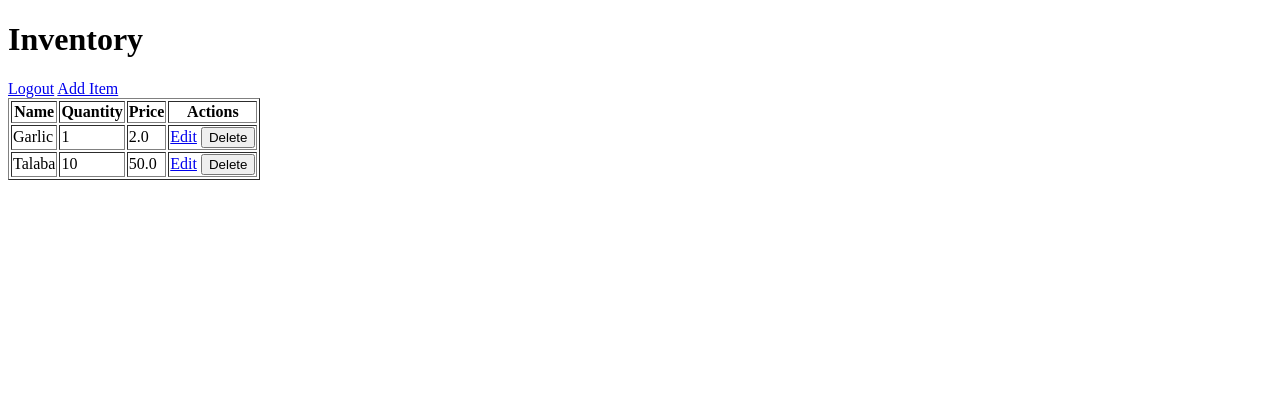
Repository: Stoldark/PLMUN
Page: http://localhost/
An editor plug-in stored every save of this project. The page is shown before and after the next save, followed by the edit.
The browser window is 1280 px wide. The pictures show the whole page.
The page is served by the project's application, run on Flask 3 (tempCodeRunnerFile.py). The user the application loads for id 1 is signed in. The page reads the database file committed with the project.

Above is the page before, as saved 2024-09-22 17:11:46.

### templates/index.html
<!DOCTYPE html>
<html lang="en">
<head>
    <meta charset="UTF-8">
    <meta name="viewport" content="width=device-width, initial-scale=1.0">
    <title>Inventory</title>
</head>
<body>
    <h1>Inventory</h1>
    <a href="{{ url_for('logout') }}">Logout</a>
    <a href="{{ url_for('add_item') }}">Add Item</a>

    <table border="1">
        <thead>
            <tr>
                <th>Name</th>
                <th>Quantity</th>
                <th>Price</th>
                <th>Actions</th>
            </tr>
        </thead>
        <tbody>
            {% for item in items %}
            <tr>
                <td>{{ item['name'] }}</td>
                <td>{{ item['quantity'] }}</td>
                <td>{{ item['price'] }}</td>
                <td>
                    <a href="{{ url_for('edit_item', id=item['id']) }}">Edit</a>
                    <form action="{{ url_for('delete_item', id=item['id']) }}" method="post" style="display:inline;">
                        <button type="submit">Delete</button>
                    </form>
                </td>
            </tr>
            {% endfor %}
        </tbody>
    </table>
</body>
</html>

### tempCodeRunnerFile.py
from flask import Flask, render_template, request, redirect, session, url_for, flash, jsonify
from flask_wtf import FlaskForm
from wtforms import StringField, PasswordField, SubmitField
from wtforms.validators import DataRequired, Length
from flask_bcrypt import Bcrypt
from flask_login import LoginManager, UserMixin, login_user, logout_user, login_required, current_user
import sqlite3
import os

# Initialize Flask app
app = Flask(__name__)

# Set the secret key for session management
app.config['SECRET_KEY'] = 'your_secret_key'  # Change this to a secure key

# Initialize extensions
bcrypt = Bcrypt(app)
login_manager = LoginManager(app)
login_manager.login_view = 'login'

# Database connection function
def get_db_connection():
    conn = sqlite3.connect('inventory.db')
    conn.row_factory = sqlite3.Row
    return conn

# User model for Flask-Login
class User(UserMixin):
    def __init__(self, id, username, role):
        self.id = id
        self.username = username
        self.role = role

# User loader for Flask-Login
@login_manager.user_loader
def load_user(user_id):
    conn = get_db_connection()
    user = conn.execute('SELECT * FROM users WHERE id = ?', (user_id,)).fetchone()
    conn.close()
    if user:
        return User(user['id'], user['username'], user['role'])
    return None

# Registration form
class RegistrationForm(FlaskForm):
    username = StringField('Username', validators=[DataRequired(), Length(min=4, max=25)])
    password = PasswordField('Password', validators=[DataRequired(), Length(min=6, max=35)])
    role = StringField('Role', validators=[DataRequired()])
    submit = SubmitField('Register')

# Login form
class LoginForm(FlaskForm):
    username = StringField('Username', validators=[DataRequired()])
    password = PasswordField('Password', validators=[DataRequired()])
    submit = SubmitField('Login')

# Route to show inventory items
@app.route('/')
@login_required
def index():
    conn = get_db_connection()
    items = conn.execute('SELECT * FROM items').fetchall()
    conn.close()
    return render_template('index.html', items=items)

# Route to add an item
@app.route('/add', methods=('GET', 'POST'))
@login_required
def add_item():
    if request.method == 'POST':
        name = request.form['name']
        quantity = request.form['quantity']
        price = request.form['price']

        conn = get_db_connection()
        conn.execute('INSERT INTO items (name, quantity, price) VALUES (?, ?, ?)',
                     (name, quantity, price))
        conn.commit()
        conn.close()

        return redirect('/')
    return render_template('add.html')

# Route to edit an item
@app.route('/edit/<int:id>', methods=('GET', 'POST'))
@login_required
def edit_item(id):
    conn = get_db_connection()
    item = conn.execute('SELECT * FROM items WHERE id = ?', (id,)).fetchone()

    if request.method == 'POST':
        name = request.form['name']
        quantity = request.form['quantity']
        price = request.form['price']
        conn.execute('UPDATE items SET name = ?, quantity = ?, price = ? WHERE id = ?',
                     (name, quantity, price, id))
        conn.commit()
        conn.close()
        return redirect('/')

    conn.close()
    return render_template('edit.html', item=item)

# Route to delete an item
@app.route('/delete/<int:id>', methods=['POST'])
@login_required
def delete_item(id):
    conn = get_db_connection()
    conn.execute('DELETE FROM items WHERE id = ?', (id,))
    conn.commit()
    conn.close()
    return redirect('/')

# Registration route
@app.route('/register', methods=['GET', 'POST'])
def register():
    form = RegistrationForm()
    if form.validate_on_submit():
        username = form.username.data
        password = bcrypt.generate_password_hash(form.password.data).decode('utf-8')
        role = form.role.data

        conn = get_db_connection()
        conn.execute('INSERT INTO users (username, password, role) VALUES (?, ?, ?)',
                     (username, password, role))
        conn.commit()
        conn.close()

        flash('Registration successful! You can now log in.')
        return redirect(url_for('login'))
    return render_template('register.html', form=form)

# Login route
@app.route('/login', methods=['GET', 'POST'])
def login():
    form = LoginForm()
    if form.validate_on_submit():
        username = form.username.data
        password = form.password.data

        conn = get_db_connection()
        user = conn.execute('SELECT * FROM users WHERE username = ?', (username,)).fetchone()
        conn.close()

        if user and bcrypt.check_password_hash(user['password'], password):
            login_user(User(user['id'], user['username'], user['role']))
            return redirect('/')
        else:
            flash('Login Unsuccessful. Please check your username and password', 'danger')

    return render_template('login.html', form=form)

# Logout route
@app.route('/logout')
@login_required
def logout():
    logout_user()
    return redirect(url_for('index'))

# API Endpoint to get inventory items
@app.route('/api/items', methods=['GET'])
@login_required
def api_get_items():
    conn = get_db_connection()
    items = conn.execute('SELECT * FROM items').fetchall()
    conn.close()
    return jsonify([dict(item) for item in items])

# API Endpoint to add an item
@app.route('/api/items', methods=['POST'])
@login_required
def api_add_item():
    data = request.get_json()
    name = data.get('name')
    quantity = data.get('quantity')
    price = data.get('price')

    conn = get_db_connection()
    conn.execute('INSERT INTO items (name, quantity, price) VALUES (?, ?, ?)',
                 (name, quantity, price))
    conn.commit()
    conn.close()

    return jsonify({'message': 'Item added successfully'}), 201

# API Endpoint to update an item
@app.route('/api/items/<int:id>', methods=['PUT'])
@login_required
def api_update_item(id):
    data = request.get_json()
    name = data.get('name')
    quantity = data.get('quantity')
    price = data.get('price')

    conn = get_db_connection()
    conn.execute('UPDATE items SET name = ?, quantity = ?, price = ? WHERE id = ?',
                 (name, quantity, price, id))
    conn.commit()
    conn.close()

    return jsonify({'message': 'Item updated successfully'})

# API Endpoint to delete an item
@app.route('/api/items/<int:id>', methods=['DELETE'])
@login_required
def api_delete_item(id):
    conn = get_db_connection()
    conn.execute('DELETE FROM items WHERE id = ?', (id,))
    conn.commit()
    conn.close()

    return jsonify({'message': 'Item deleted successfully'})

# Run the app
if __name__ == "__main__":
    port = int(os.environ.get("PORT", 10000))  # Use PORT environment variable or default to 10000
    app.run(host="0.0.0.0", port=port, debug=True)

### inventory.db (the tables this page reads, as SQL)
CREATE TABLE items (
        id INTEGER PRIMARY KEY AUTOINCREMENT,
        name TEXT NOT NULL,
        quantity INTEGER NOT NULL,
        price REAL NOT NULL
    );
INSERT INTO "items" VALUES
(11, 'Garlic', 1, 2.0),
(12, 'Talaba', 10, 50.0);

CREATE TABLE users (
        id INTEGER PRIMARY KEY AUTOINCREMENT,
        username TEXT NOT NULL UNIQUE,
        password TEXT NOT NULL,
        role TEXT NOT NULL
    );
INSERT INTO "users" VALUES
(1, 'Stoldark', '$2b$12$i0Mqa5cea8pBbFSinmIz..4VJgBXWnnDkYt3rAqvmVrgWCwBsXl4O', 'Admin'),
(2, 'Eric', '$2b$12$5BeYiRheo2DNLGpAIdDfIu/9jeemr9oTFF9FkywKS857V6zqEPPLe', 'Admin'),
(3, 'Kalbo', '$2b$12$T4oBcnexPmFyclvAoOqXEOpTToENOdoxSlpFfb4sIZypqMPj9xq5a', 'Tester'),
(4, 'Panot', '$2b$12$c2CZ9X/TyyBEVZsK3EdareqkeAU/5fhJbGQMReyKLPc/TcnwLLZCS', 'Tester');

### templates/base.html
<!DOCTYPE html>
<html lang="en">
<head>
    <meta charset="UTF-8">
    <meta name="viewport" content="width=device-width, initial-scale=1.0">
    <title>{% block title %}My Inventory System{% endblock %}</title>
    <link rel="stylesheet" href="https://maxcdn.bootstrapcdn.com/bootstrap/4.5.2/css/bootstrap.min.css">
    <style>
        body {
            padding-top: 56px;
        }
        .container {
            margin-top: 20px;
        }
    </style>
</head>
<body>
    <nav class="navbar navbar-expand-lg navbar-light bg-light fixed-top">
        <a class="navbar-brand" href="{{ url_for('index') }}">Inventory System</a>
        <div class="collapse navbar-collapse">
            <ul class="navbar-nav mr-auto">
                {% if current_user.is_authenticated %}
                    <li class="nav-item">
                        <a class="nav-link" href="{{ url_for('add_item') }}">Add Item</a>
                    </li>
                    <li class="nav-item">
                        <a class="nav-link" href="{{ url_for('logout') }}">Logout</a>
                    </li>
                {% else %}
                    <li class="nav-item">
                        <a class="nav-link" href="{{ url_for('login') }}">Login</a>
                    </li>
                    <li class="nav-item">
                        <a class="nav-link" href="{{ url_for('register') }}">Register</a>
                    </li>
                {% endif %}
            </ul>
        </div>
    </nav>

    <div class="container">
        {% with messages = get_flashed_messages(with_categories=true) %}
            {% if messages %}
                {% for category, message in messages %}
                    <div class="alert alert-{{ category }}">{{ message }}</div>
                {% endfor %}
            {% endif %}
        {% endwith %}

        {% block content %}{% endblock %}
    </div>

    <script src="https://code.jquery.com/jquery-3.5.1.slim.min.js"></script>
    <script src="https://cdn.jsdelivr.net/npm/@popperjs/core@2.11.6/dist/umd/popper.min.js"></script>
    <script src="https://maxcdn.bootstrapcdn.com/bootstrap/4.5.2/js/bootstrap.min.js"></script>
</body>
</html>

After the next save:
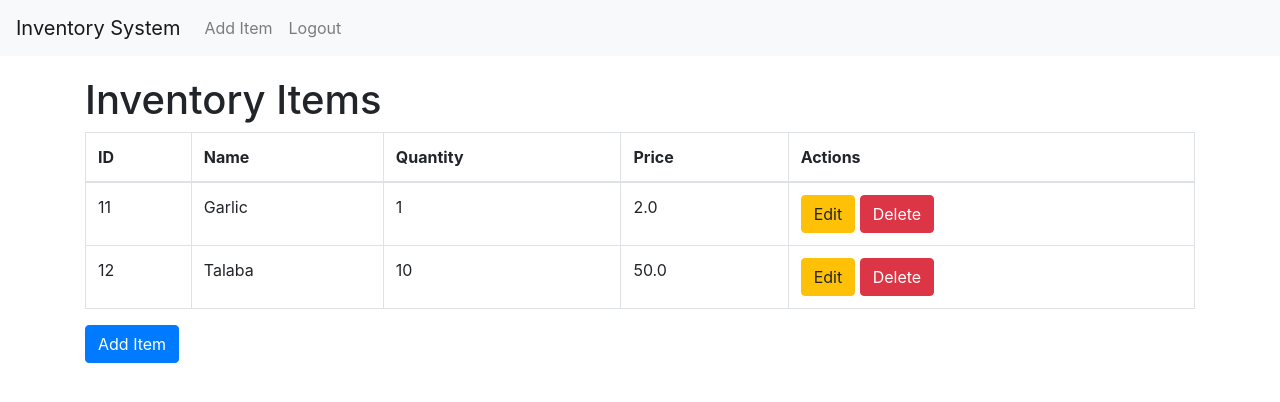
Saved 3 min 22 s later.
--- a/templates/index.html
+++ b/templates/index.html
@@ -1,18 +1,13 @@
-<!DOCTYPE html>
-<html lang="en">
-<head>
-    <meta charset="UTF-8">
-    <meta name="viewport" content="width=device-width, initial-scale=1.0">
-    <title>Inventory</title>
-</head>
-<body>
-    <h1>Inventory</h1>
-    <a href="{{ url_for('logout') }}">Logout</a>
-    <a href="{{ url_for('add_item') }}">Add Item</a>
+{% extends "base.html" %}
 
-    <table border="1">
+{% block title %}Inventory Items{% endblock %}
+
+{% block content %}
+    <h1>Inventory Items</h1>
+    <table class="table table-bordered">
         <thead>
             <tr>
+                <th>ID</th>
                 <th>Name</th>
                 <th>Quantity</th>
                 <th>Price</th>
@@ -22,18 +17,19 @@
         <tbody>
             {% for item in items %}
             <tr>
-                <td>{{ item['name'] }}</td>
-                <td>{{ item['quantity'] }}</td>
-                <td>{{ item['price'] }}</td>
+                <td>{{ item.id }}</td>
+                <td>{{ item.name }}</td>
+                <td>{{ item.quantity }}</td>
+                <td>{{ item.price }}</td>
                 <td>
-                    <a href="{{ url_for('edit_item', id=item['id']) }}">Edit</a>
-                    <form action="{{ url_for('delete_item', id=item['id']) }}" method="post" style="display:inline;">
-                        <button type="submit">Delete</button>
+                    <a href="{{ url_for('edit_item', id=item.id) }}" class="btn btn-warning">Edit</a>
+                    <form action="{{ url_for('delete_item', id=item.id) }}" method="post" style="display:inline;">
+                        <button type="submit" class="btn btn-danger">Delete</button>
                     </form>
                 </td>
             </tr>
             {% endfor %}
         </tbody>
     </table>
-</body>
-</html>
+    <a href="{{ url_for('add_item') }}" class="btn btn-primary">Add Item</a>
+{% endblock %}
